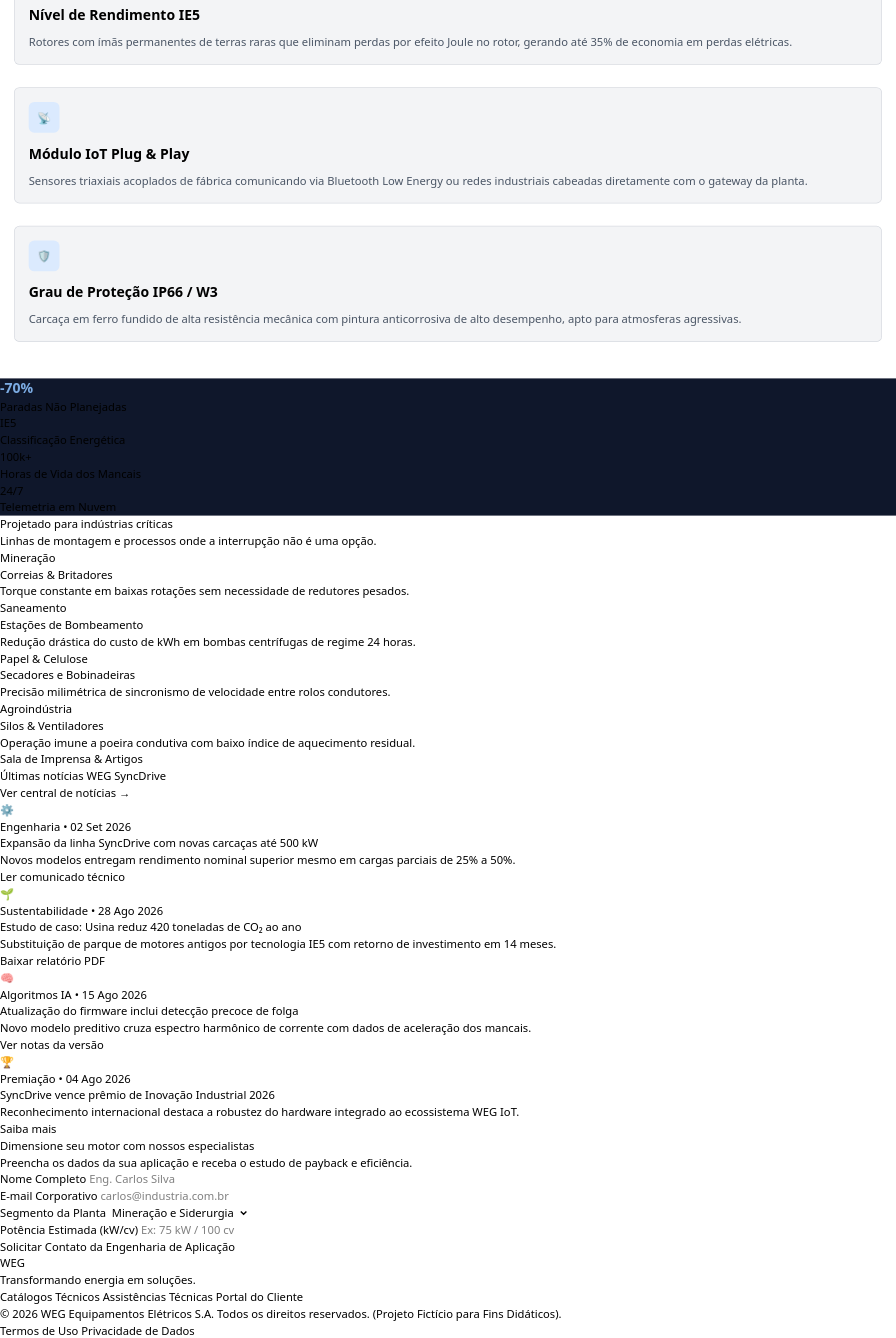
Repository: camilewng/Exercicio-Tailwind
Page: index.html
An editor plug-in stored every save of this project. The page is shown before and after the next save, followed by the edit.
The browser window is 1280 px wide. The pictures show the part of the page from y = 1282 to 3202 px (the page is 3194 px tall before and 3202 px after), at 70% of full size.

Above is the page before, as saved 2026-09-09 16:01:03.

After the next save:
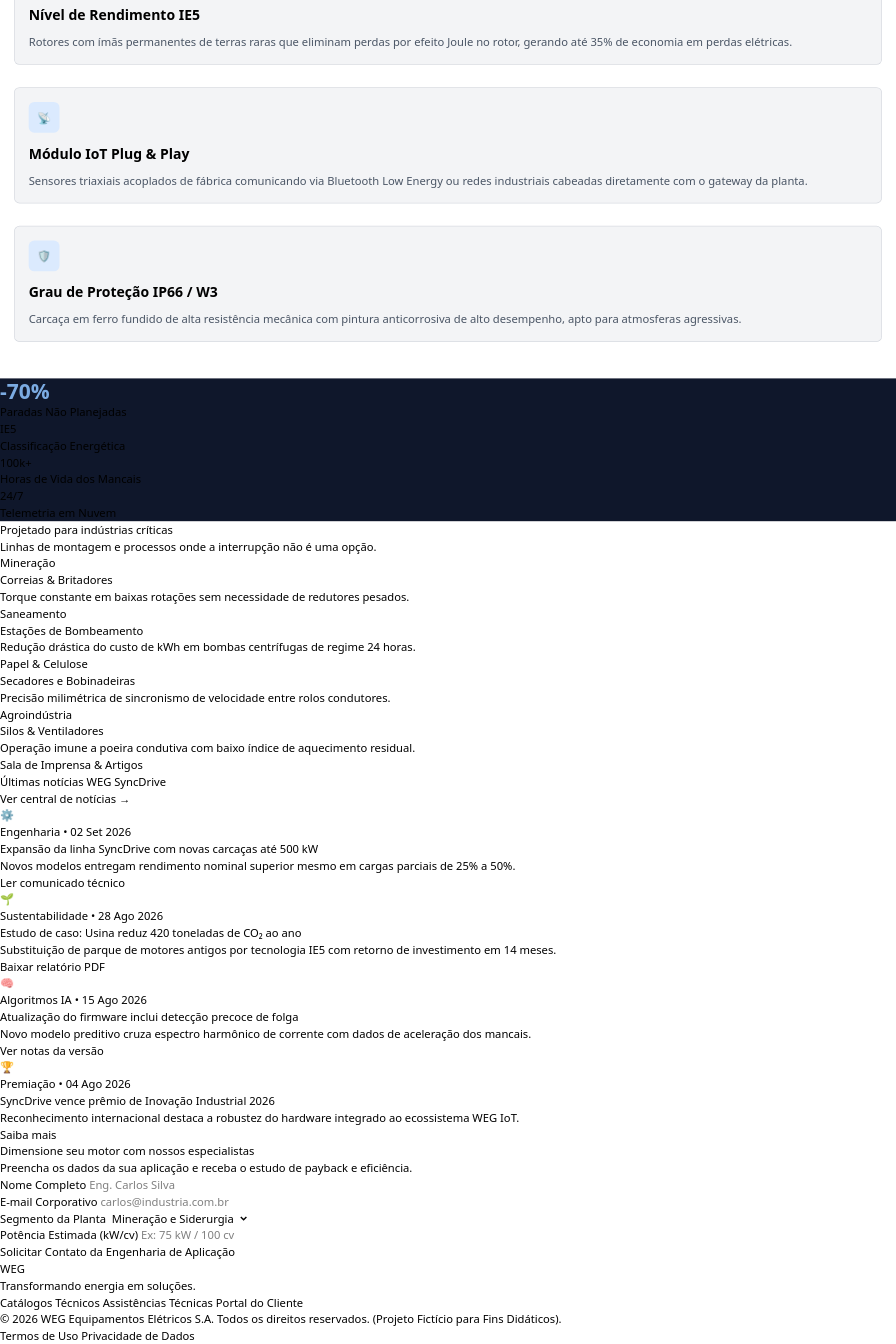
Saved 4 s later.
--- a/index.html
+++ b/index.html
@@ -163,7 +163,7 @@
       <div>
         <div>
           <div>
-            <div class="text-blue-300/85 font-black text-xl">-70%</div>
+            <div class="text-blue-300/85 font-black text-3xl">-70%</div>
             <div>Paradas Não Planejadas</div>
           </div>
           <div>
